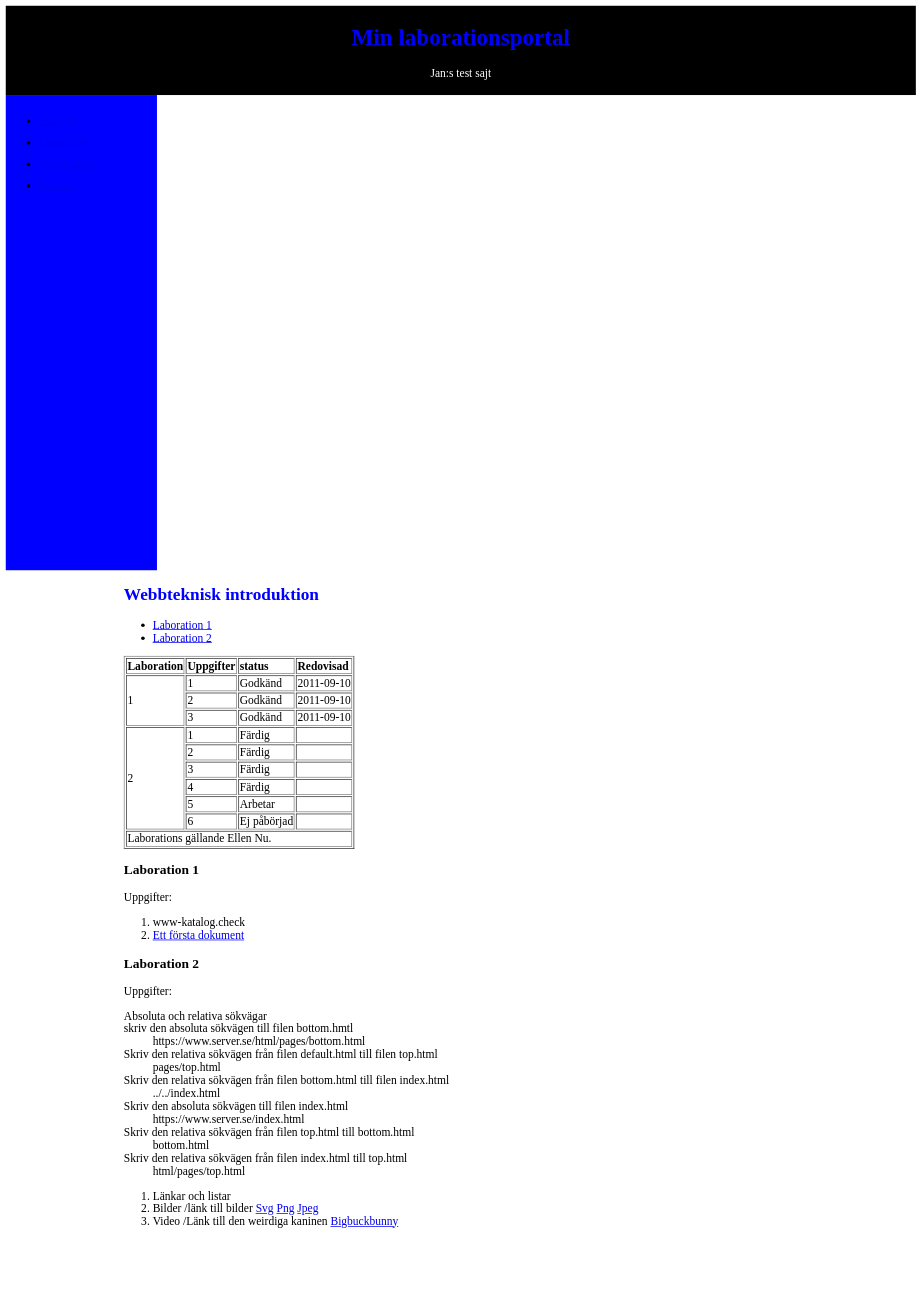
Repository: jt222ic/1ik415-jt222ic-lab-1
Page: pages/laboration.html
The author's editor kept a record of every edit. The page is drawn from the files as they stood at one moment, then again after the next edit.
The browser window is 1280 px wide. The pictures show the whole page, at 72% of full size.

Above is the page before.

After the next edit:
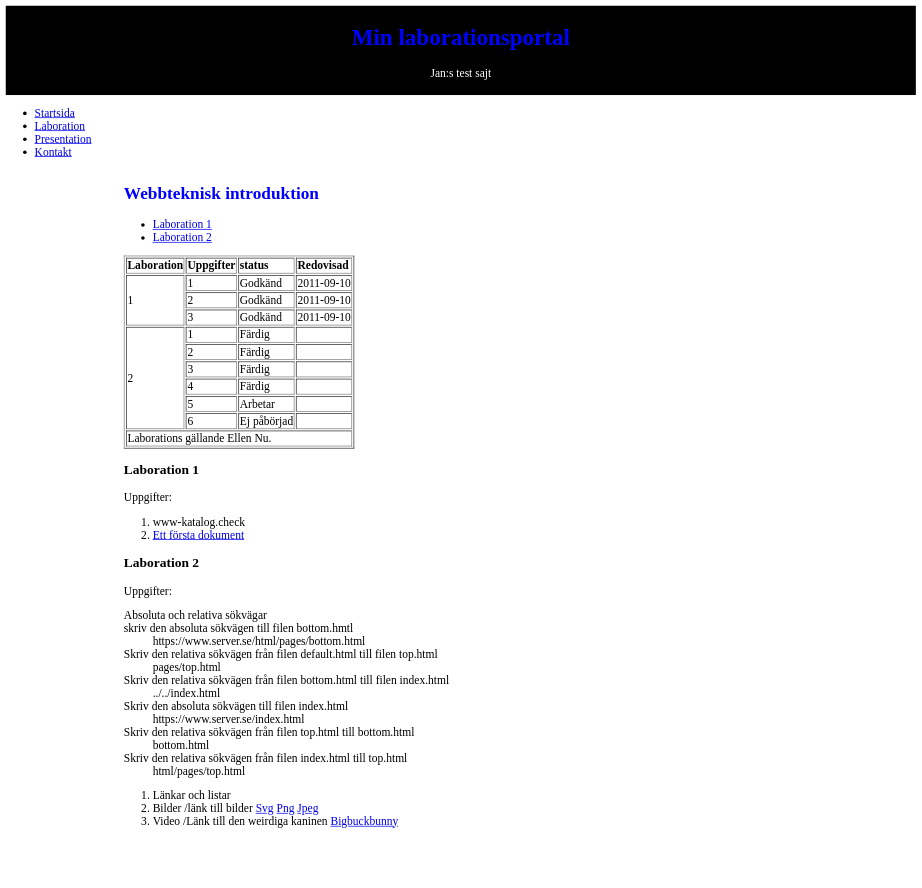
The edit:
--- a/pages/Csss/style.css
+++ b/pages/Csss/style.css
@@ -16,14 +16,7 @@
     text-align:center;
     padding:5px;
 }
-#nav{
-    line-height:30px;
-    background-color:blue;
-    height:650px;
-    width:200px;
-    float:left;
-    padding:5px;
-}
+
 #section {
     width:1100px;
     float:right;
